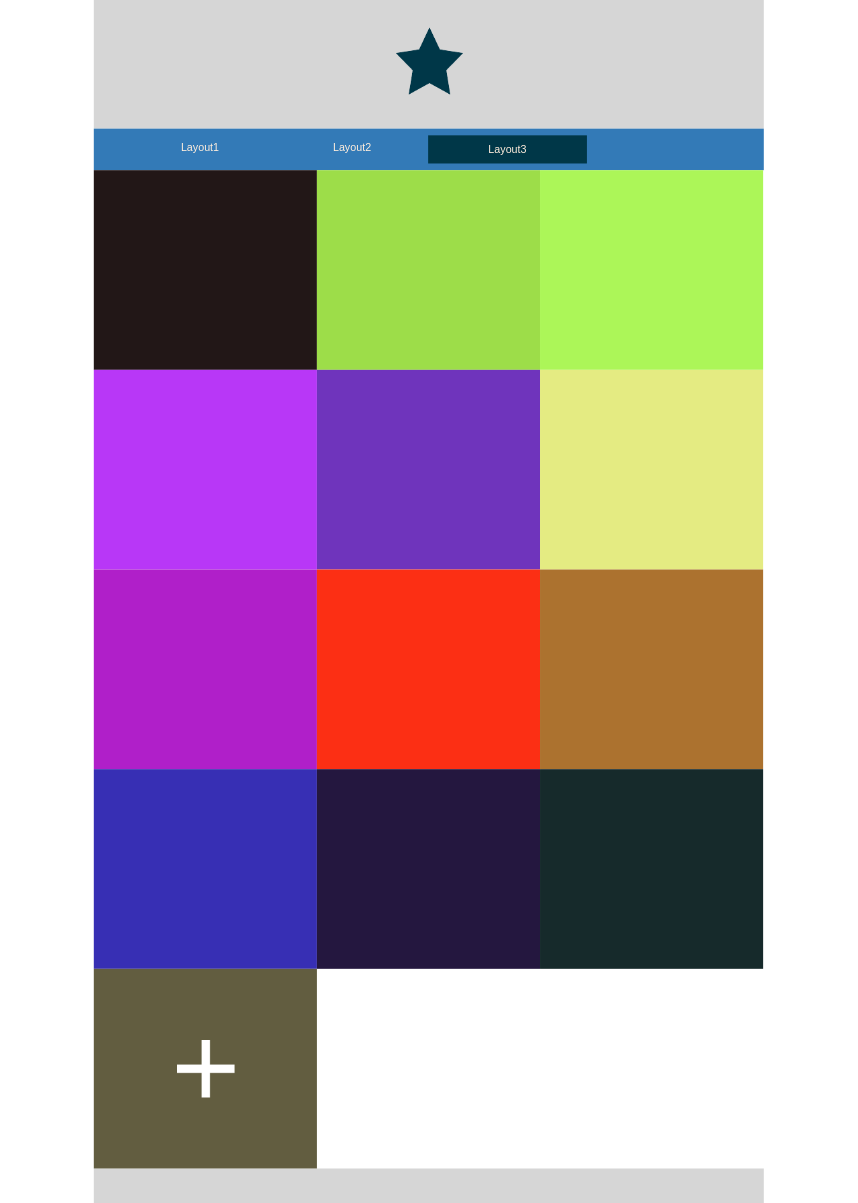
Repository: baliayassin/MyGame
Page: Documents/Aptana Studio 3 Workspace/homeWork2/layOut3.html
An editor plug-in stored every save of this project. The page is shown before and after the next save, followed by the edit.
The browser window is 1280 px wide. The pictures show the whole page, at 67% of full size.
Some web libraries are served in a nearby version.

Above is the page before, as saved 2017-12-13 19:21:16.

After the next save:
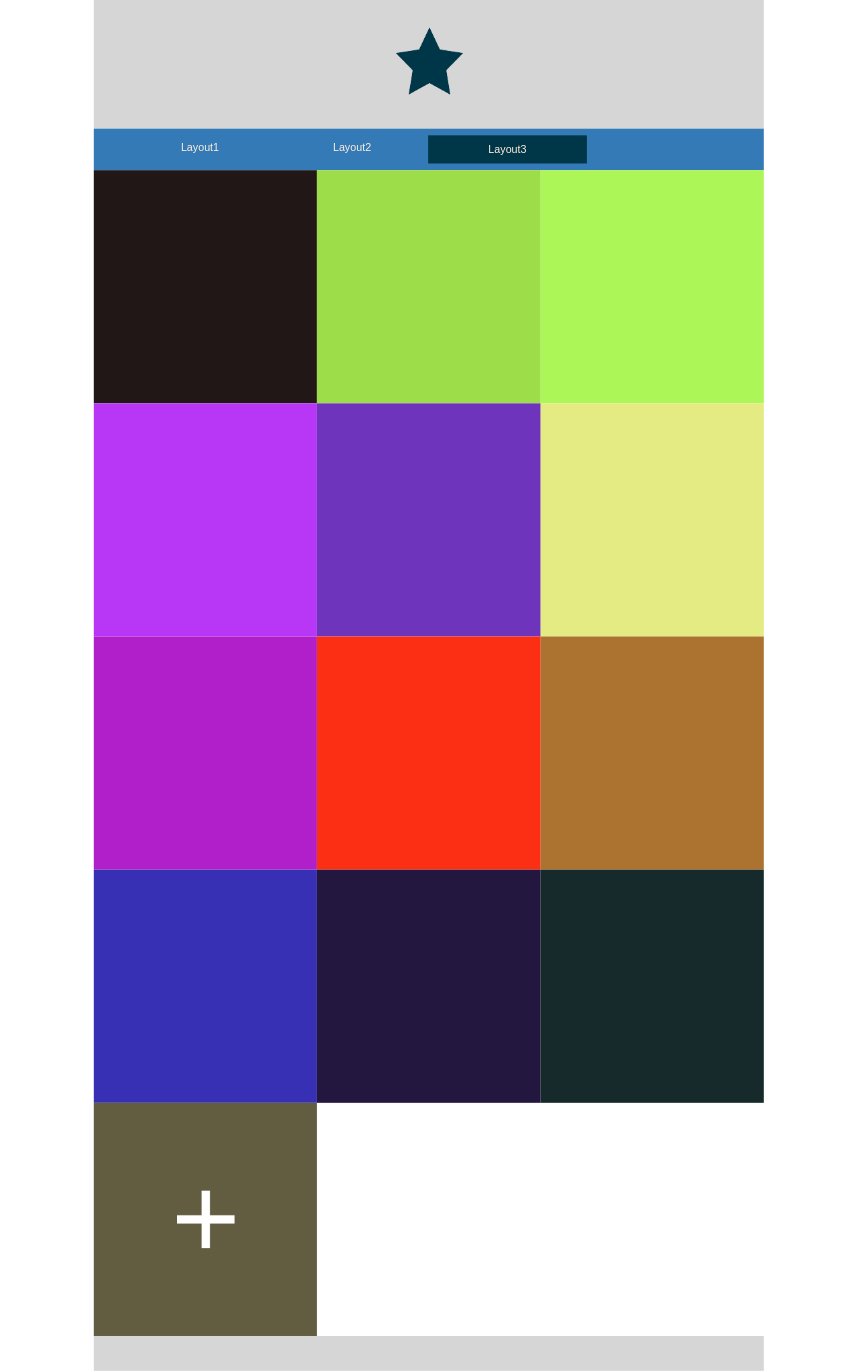
Saved 8 min 27 s later.
--- a/Documents/Aptana Studio 3 Workspace/homeWork2/includes/style.css
+++ b/Documents/Aptana Studio 3 Workspace/homeWork2/includes/style.css
@@ -391,9 +391,11 @@ main, nav, aside, footer, section, article, header {
 }
 
  #wrapper3 .box{
-    float:left;
-    width:33.3%;
-    height: 298px;
+
+
+     float: left;
+    width: 333.33px;
+    height: 348px;
     cursor: pointer;
 
    }
